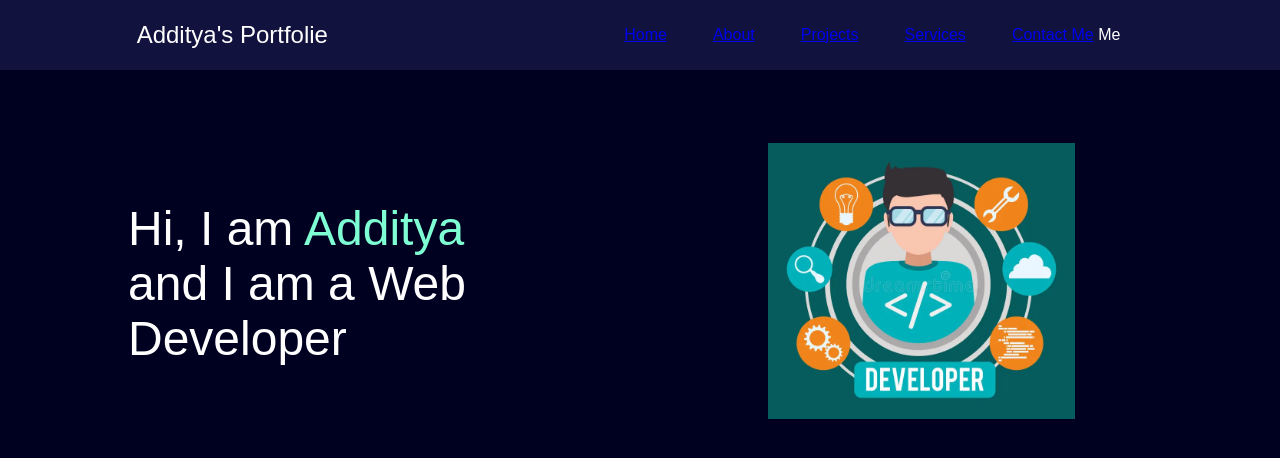
Repository: VictoriousMango/Portfolio
Page: index.html
The author's editor kept a copy of each file at every save. The page is drawn from the files as they stood at one save, then again after the next save.
The browser window is 1280 px wide. The pictures show the whole page.

Above is the page before, as saved 2023-08-27 09:38:02.

After the next save:
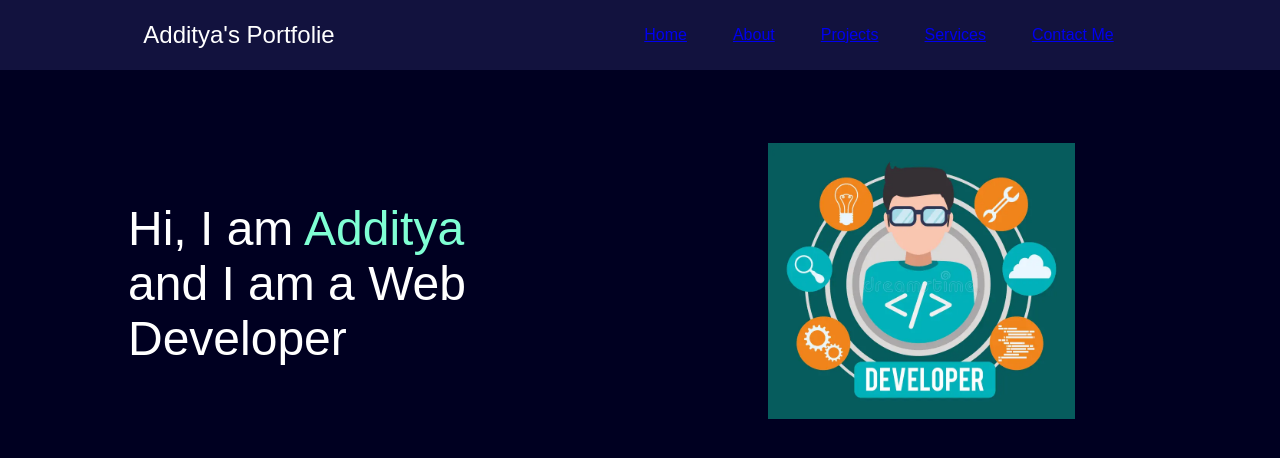
Saved 6 s later.
--- a/index.html
+++ b/index.html
@@ -69,7 +69,7 @@
                     <li><a href="/">About</a></li>
                     <li><a href="/">Projects</a></li>
                     <li><a href="/">Services</a></li>
-                    <li><a href="/">Contact Me</a> Me</li>
+                    <li><a href="/">Contact Me</a></li>
                 </ul>
             </div>
         </nav>
